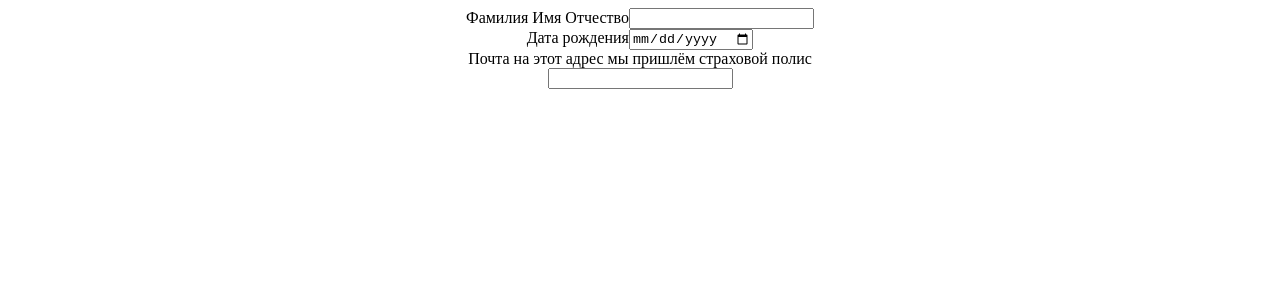
Repository: asya-aisa/test-work
Page: /
These files come from the project's save history. The page is drawn as it stood at one moment and after a run of saves; the edit follows.
The browser window is 1280 px wide. The pictures show the whole page.
The project was rebuilt for these pictures with package versions that can differ from the ones it lists, and the page was loaded fresh each time.

Above is the page before, as saved 2023-07-19 23:06:57.

### src/App.js

import './App.css';
import { InfoPartOne } from './InfoPartOne';

function App() {
  return (
    <div className="App">
      <InfoPartOne />
    </div>
  );
}

export default App;

### src/InfoPartOne.js
import { Component } from "react";
import React from "react"
import InputMask from "react-input-mask";

export class InfoPartOne extends Component {
    state = {
        inputBirthday: '',
        textIfUnder18: ''
    }

    onChangeEventBirthday(e) {
        this.setState({inputBirthday: e})

        let date18ago = new Date();
        date18ago.setFullYear(date18ago.getFullYear() - 18);

        let userDate = new Date(e);

        if(userDate > date18ago) {
            this.setState({textIfUnder18: 'нельзя подписать договор, если вам меньше 18 лет'})
        }
        else {
            this.setState({textIfUnder18: ''})
        }
    }


    render() {
        return (
            <div>
                <div>
                <label>Фамилия Имя Отчество</label>
                <input type="text" pattern="a-zа-я" />
                </div>

                <div>
                <label>Дата рождения</label>
                <input type="date"
                onChange={(e) => {this.onChangeEventBirthday(e.target.value)}}
                value={this.state.inputBirthday}/>
                <label>{this.state.textIfUnder18}</label>
                </div>
                <div>
                    <div>
                      <label>Почта </label>
                      <label>на этот адрес мы пришлём страховой полис</label>
                    </div>
                    <input type="email" required=""  />
                </div>


            </div>
        )
    }
}

Loaded but not shown: public/index.html (common file); src/index.js (common file); src/reportWebVitals.js (common file); src/App.css (common file)

After the next 7 saves:
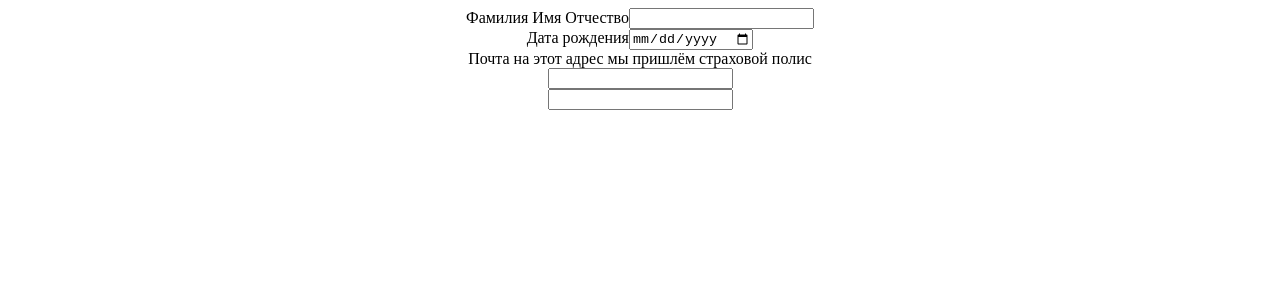
The 7 saves are shown as one change because 1 did not build or start and some came seconds apart.
The last was saved 45 s later.
--- a/src/InfoPartOne.js
+++ b/src/InfoPartOne.js
@@ -47,7 +47,9 @@ export class InfoPartOne extends Component {
                     </div>
                     <input type="email" required=""  />
                 </div>
-
+                <div>
+                <InputMask mask="9999 999999" />
+                </div>
 
             </div>
         )
